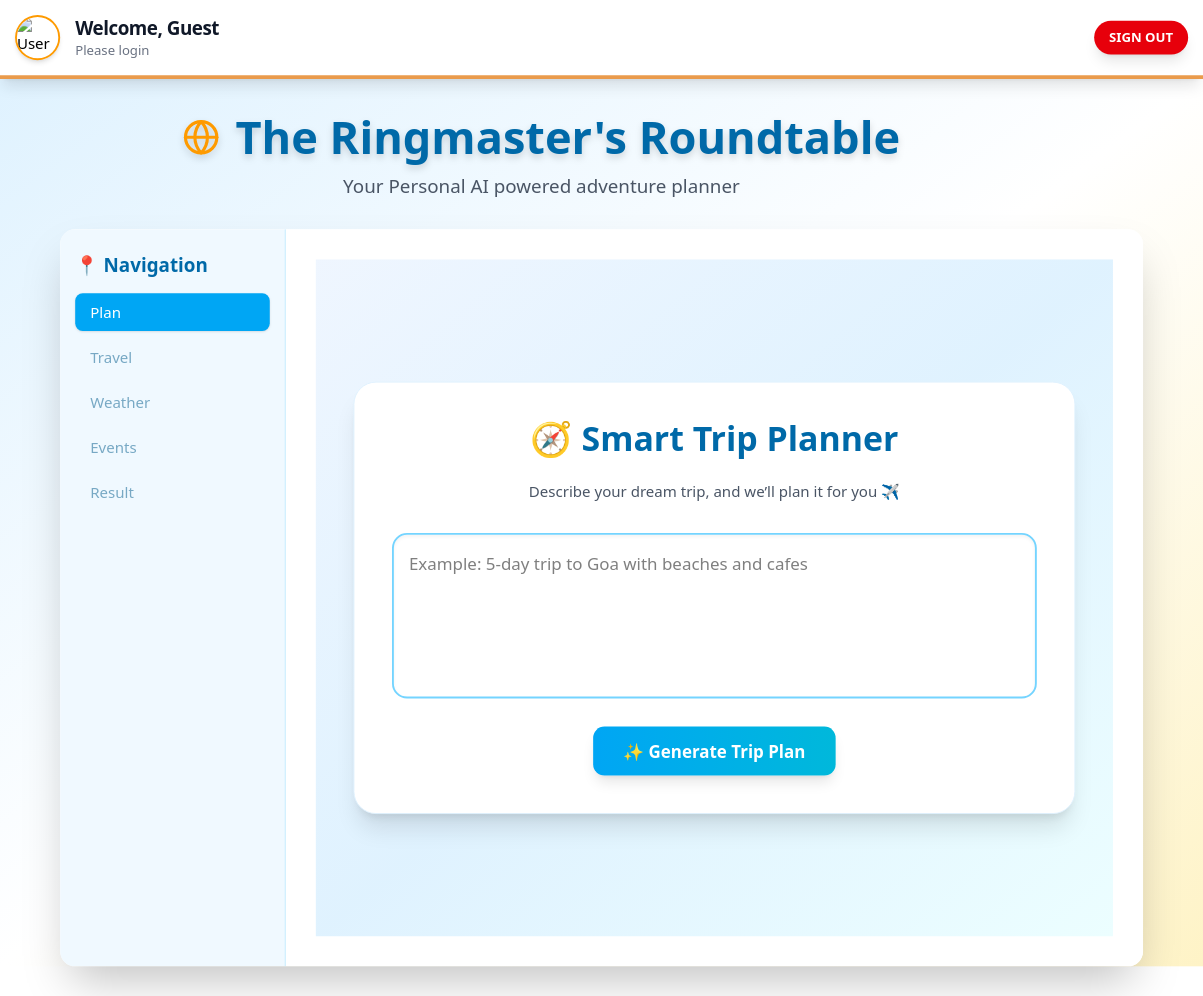
Repository: vega2006/The-Ringmaster-s-Roundtable
Page: /prompt (app in client/)
These files come from the project's save history. The page is drawn as it stood at one moment and after the next save; the edit follows.
The browser window is 1280 px wide. The pictures show the whole page, at 94% of full size.
The page's requests for data from a server got no answer. The project was rebuilt for these pictures with package versions that can differ from the ones it lists, and the page was loaded fresh each time. No one was signed in, and anything a server would have sent is missing. Also part of the build but not shown: client/vite.config.js, client/src/components/GoogleLogin.jsx, client/src/components/NotFound.jsx, client/src/components/Sidebar.jsx, client/src/components/PlanInput.jsx, client/src/components/WeatherContent.jsx, client/src/components/TravelContent.jsx, client/src/components/ItineraryContent.jsx and 7 more.

Above is the page before, as saved 2025-10-09 02:25:29.

After the next save:
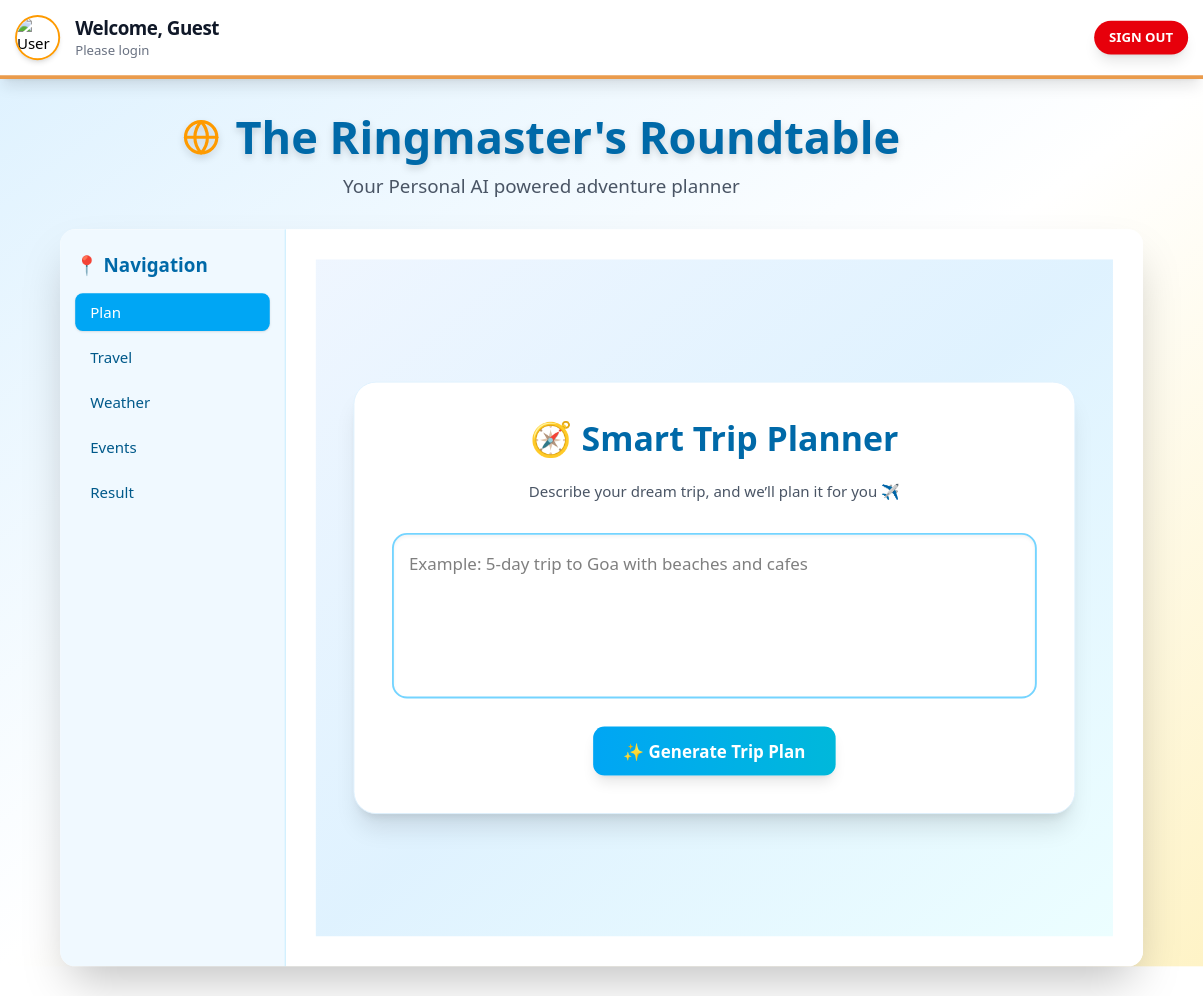
Saved 72 s later.
--- a/client/src/contexts/TripContext.jsx
+++ b/client/src/contexts/TripContext.jsx
@@ -39,7 +39,7 @@
 
   const [activeTab, setActiveTab] = useState("Plan");
   const [manualWeather, setManualWeather] = useState(null);
-  const [manualRoute, setManualRoute] = useState(null);
+  const [manualRoute, setManualRoute] = useState([]);
 
   const [eventsCache, setEventsCache] = useState({});
   const [budgetEstimate, setBudgetEstimate] = useState(null);
